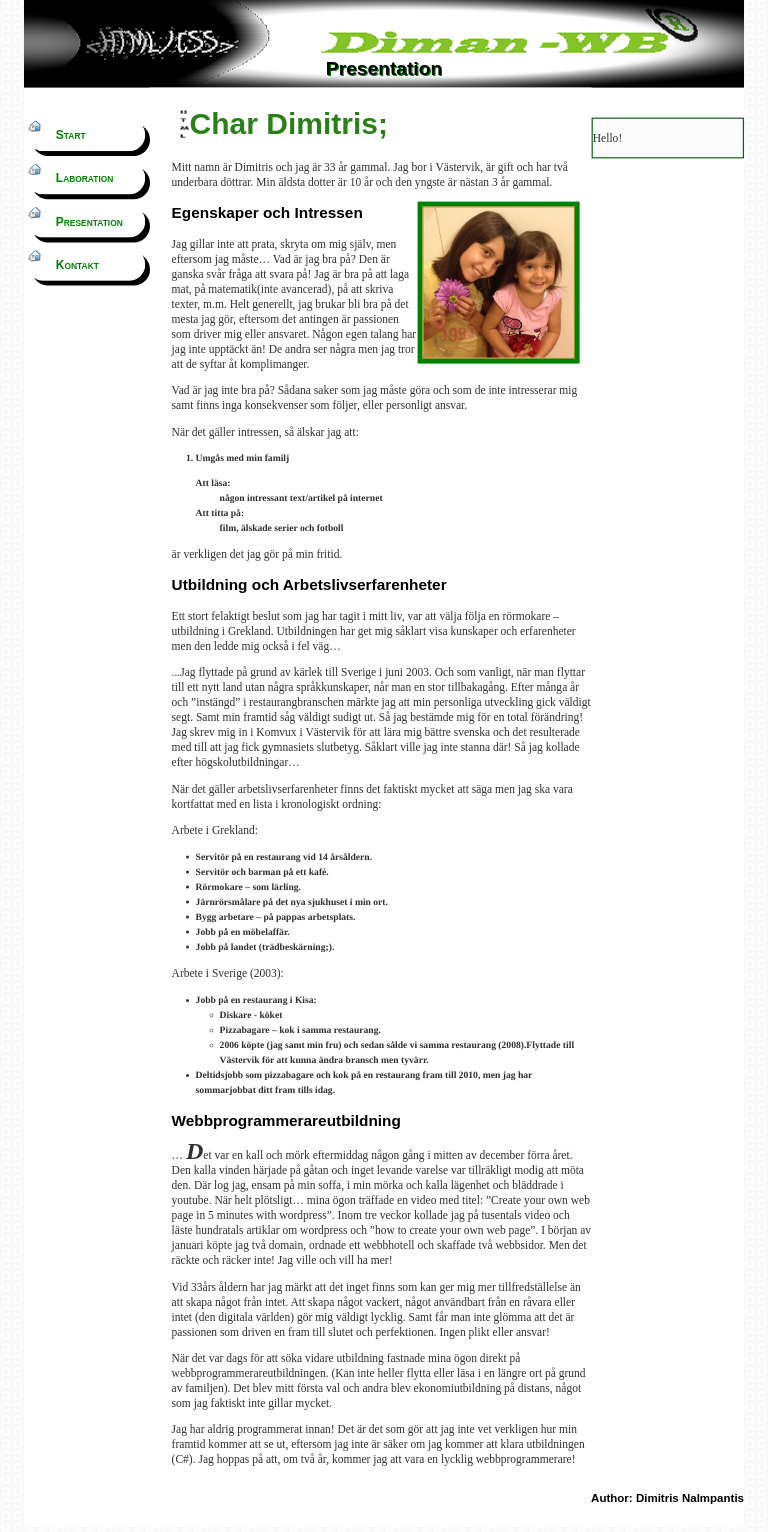
Repository: dn222em/1ik415-laborationer
Page: pages/Presentation.html
The author's editor kept a record of every edit. The page is drawn from the files as they stood at one moment, then again after the next edit.
The browser window is 1280 px wide. The pictures show the whole page, at 60% of full size.
Backgrounds fixed to the window are drawn as part of the page.

Above is the page before.

### pages/Presentation.html
<!doctype html>

<html lang="sv">

    <head>
        <meta charset="utf-8" />
            <title>Presentation</title>
                <link rel="stylesheet" href="../CSS/style.css"/>
    </head>
            <!-- Mitt första HTML-dokument. Det ingår en ordnad lista(ol) som inkluderar en
            definitionslista(dt). Vidare ingår en oordnand lista(ul) med en oordnand lista inom listan.-->
<body>
<div id="container">
	<div id="top">

		<h1 id="title">Presentation</h1>
	</div>
	<div id="navigation">
    <ul class="menu">
		<li><a href="../index.html">Start</a></li>
		<li><a href="../pages/laborationer.html">Laboration</a></li>
		<li><a href="../pages/Presentation.html"id="active">Presentation</a></li>
		<li><a href="../pages/Kontakt.html">Kontakt</a></li>

	</ul>
    </div>

    <div id="content">
        <h1 class="minilogo">Char Dimitris;</h1>

         <p>Mitt namn är Dimitris och jag är 33 år gammal.
        Jag bor i Västervik, är gift och har två underbara döttrar.
        Min äldsta dotter är 10 år och den yngste är nästan 3 år gammal.</p>

        <a id="bild"><img class="right" src="../pics/loveones.jpg" alt="MinaDöttrar" /></a>

    <h3>Egenskaper och Intressen</h3>

        <p>Jag gillar inte att prata, skryta om mig själv, men eftersom jag måste…
        Vad är jag bra på? Den är ganska svår fråga att svara på! Jag är bra på att
        laga mat, på matematik(inte avancerad), på att skriva texter, m.m. Helt
        generellt, jag brukar bli bra på det mesta jag gör, eftersom det antingen
        är passionen som driver mig eller ansvaret. Någon egen talang har jag inte
        upptäckt än! De andra ser några men jag tror att de syftar åt komplimanger. </p>

        <p>Vad är jag inte bra på? Sådana saker som jag måste göra och som de inte
        intresserar mig samt finns inga konsekvenser som följer, eller personligt ansvar.</p>

        <p>När det gäller intressen, så älskar jag att:</p >
            <ol>
                    <li>Umgås med min familj
                        <dl>
                                <dt>Att läsa:</dt>
                                    <dd>någon intressant text/artikel på internet</dd>
                                <dt>Att titta på:</dt>
                                    <dd>film, älskade serier och fotboll</dd>
                        </dl>
                    </li>

            </ol>
        <p>är verkligen det jag gör på min fritid.</p>

    <h3>Utbildning och Arbetslivserfarenheter</h3>

        <p>Ett stort felaktigt beslut som jag har tagit i mitt liv, var att välja
        följa en rörmokare – utbildning i Grekland. Utbildningen har get mig såklart
        visa kunskaper och erfarenheter men den ledde mig också i fel väg…</p>

        <p>...Jag flyttade på grund av kärlek till Sverige i juni 2003. Och som
        vanligt, när man flyttar till ett nytt land utan några språkkunskaper,
        når man en stor tillbakagång. Efter många år och ”instängd” i
        restaurangbranschen märkte jag att min personliga utveckling gick
        väldigt segt. Samt min framtid såg väldigt sudigt ut. Så jag bestämde mig för
        en total förändring! Jag skrev mig in i Komvux i Västervik för att lära mig
        bättre svenska och det resulterade med till att jag fick gymnasiets slutbetyg.
        Såklart ville jag inte stanna där! Så jag kollade efter högskolutbildningar…</p>

        <p>När det gäller arbetslivserfarenheter finns det faktiskt mycket
        att säga men jag ska vara kortfattat med en lista i kronologiskt ordning:</p>

        <p>Arbete i Grekland:</p>
            <ul>
                <li>Servitör på en restaurang vid 14 årsåldern.</li>
                <li>Servitör och barman på ett kafé.</li>
                <li>Rörmokare – som lärling.</li>
                <li>Järnrörsmålare på det nya sjukhuset i min ort.</li>
                <li>Bygg arbetare – på pappas arbetsplats.</li>
                <li>Jobb på en möbelaffär.</li>
                <li>Jobb på landet (trädbeskärning;).</li>
            </ul>
        <p>Arbete i Sverige (2003):</p>
          <ul>
              <li>Jobb på en restaurang i Kisa:
                      <ul>
                        <li>Diskare - köket</li>
                        <li>Pizzabagare – kok i samma restaurang.</li>
                        <li>2006 köpte (jag samt min fru) och sedan sålde vi samma restaurang
                        (2008).Flyttade till Västervik för att kunna ändra bransch men tyvärr.</li>
                      </ul>
                      </li>
              <li>Deltidsjobb som pizzabagare och kok på en restaurang fram till 2010,
              men jag har sommarjobbat ditt fram tills idag.</li>
          </ul>


    <h3>Webbprogrammerareutbildning</h3>

            <p>… <em><code id="special">D</code></em>et var en kall och mörk eftermiddag någon gång i mitten av december
            förra året. Den kalla vinden härjade på gåtan och inget levande varelse var
            tillräkligt modig att möta den. Där log jag, ensam på min soffa, i min
            mörka och kalla lägenhet och bläddrade i youtube. När helt plötsligt… mina
            ögon träffade en video med titel: ”Create your own web page in 5 minutes
            with wordpress”. Inom tre veckor kollade jag på tusentals video och läste
            hundratals artiklar om wordpress och ”how to create your own web page”. I
            början av januari köpte jag två domain, ordnade ett webbhotell och skaffade
            två webbsidor. Men det räckte och räcker inte! Jag ville och vill ha mer!</p>

            <p>Vid 33års åldern har jag märkt att det inget finns som kan ger mig mer
            tillfredställelse än att skapa något från intet. Att skapa något vackert,
            något användbart från en råvara eller intet (den digitala världen) gör mig
            väldigt lycklig. Samt får man inte glömma att det är passionen som driven
            en fram till slutet och perfektionen. Ingen plikt eller ansvar! </p>

            <p>När det var dags för att söka vidare utbildning fastnade mina ögon
            direkt på webbprogrammerareutbildningen. (Kan inte heller flytta eller läsa
            i en längre ort på grund av familjen). Det blev mitt första val och andra
            blev ekonomiutbildning på distans, något som jag faktiskt inte gillar mycket.</p>

            <p>Jag har aldrig programmerat innan! Det är det som gör att jag inte vet
            verkligen hur min framtid kommer att se ut, eftersom jag inte är säker om
            jag kommer att klara utbildningen (C#). Jag hoppas på att, om två år, kommer
            jag att vara en lycklig webbprogrammerare! </p>
    </div>

    <div id="sidebar">
		<p>Hello!</p>
	</div>

    <div id="footer">
    <h6  class="me" >Author: Dimitris Nalmpantis</h6>
    </div>
</div>
</body>

</html>

### CSS/style.css
/*Reset-styleshhet
-----------------------------------------------------------------------------*/
/* http://meyerweb.com/eric/tools/css/reset/
   v2.0 | 20110126
   License: none (public domain)
*/

/*html, body, div, span, applet, object, iframe,
h1, h2, h3, h4, h5, h6, p, blockquote, pre,
a, abbr, acronym, address, big, cite, code,
del, dfn, em, img, ins, kbd, q, s, samp,
small, strike, strong, sub, sup, tt, var,
b, u, i, center,
dl, dt, dd, ol, ul, li,
fieldset, form, label, legend,
table, caption, tbody, tfoot, thead, tr, th, td,
article, aside, canvas, details, embed,
figure, figcaption, footer, header, hgroup,
menu, nav, output, ruby, section, summary,
time, mark, audio, video {
	margin: 0;
	padding: 0;
	border: 0;
	font-size: 100%;
	font: inherit;
	vertical-align: baseline;
}
/* HTML5 display-role reset for older browsers */
/*article, aside, details, figcaption, figure,
footer, header, hgroup, menu, nav, section {
	display: block;
}
body {
	line-height: 1;
}
ol, ul {
	list-style: none;
}
blockquote, q {
	quotes: none;
}
blockquote:before, blockquote:after,
q:before, q:after {
	content: '';
	content: none;
}
table {
	border-collapse: collapse;
	border-spacing: 0;
}
/*End of Reset - stylesheet
--------------------------------------------------------------------*/
/*CSS -Stylesheet
======================================================================================================
-----------------------------------------------------------------------------------------------------------*/


/*Layout
 Using: Two columns floating layout
Total width: 1200px
-----------------------------------------------------------------------------------------------------------*/
/*Container white (#FFFFF)
*Top -  green { #125F1B } --> Title( #2A8018)
*Navigation green
*Content - #FFFFF
*footer-white { #fff }
*Siderbar #fcfcfc (white.gray)

------------------------------------------------------------------*/
#container {
	max-width: 1200px;
	background-color:white;
	margin:0 auto;
	margin-top:-25px;



}

/*Top
-------------------------------------------------------------------*/
#top {

	height: 150px;
	background-color: #125F1B;
	background: url('../pics/logo.png') no-repeat; background-size: 1200px 150px;
	border-radius:00px;

}

#title {
	font-family: "arial", "helvetica", "serif";
	color: black;
	font-size:2em;
	text-shadow: 2px 2px green;
	text-align:center;
	padding-top: 90px;
}

/*Navigation -Menu
-------------------------------------------------------------------*/
#navigation {
	margin-top: 1px;
	width: 210px;	height:auto;
	float: left;
	background-color:#FFF;
	padding:0px;
	padding-top:50px;

}

/*Content
-------------------------------------------------------------------*/
#content {
	background-color: #FFF;
	max-width: 700px;
	margin-bottom: 20px;
	float: left;
	padding:0px;
	padding-left:36px;

}

/*Sidebar
-------------------------------------------------------------------*/
#sidebar {
	background-color: #fcfcfc;
	font-family: "arial", "helvetica", "sans-serif"; color: white;
	border: 2px solid #125F1B;
	margin-top: 50px;
	width: 250px;
	float: right;
	padding:0px;


}

/*Footer
--------------------------------------------------------------------*/
#footer {
	clear:both;
	padding:0px;
	background-color:#fff;
	color:white;
	text-align:right;
	height:60px;
}

/*Menu attributes
------------------------------------------------------*/
.menu {
	float:left;
	font-family: "arial", "helvetica", "serif"; font-variant:small-caps;
	font-size: 20px;
	font-weight:bold;
	margin-top:1px;
	margin-left:0px;
	padding:0px;

}

.menu li {

	list-style-type:none;
	height: 72px; line-height: 48px;
	padding-top:0px;
	padding-left:5px;
	padding-right:0px;
	width: 197px;
	text-decoration:none;
}
.menu li a {
	display:block;
						/*border: solid 3px black;*/
						/*text-align:center;*/
						/*	border: inset yellow thick;*/
	border-radius:58px;
    box-shadow:8px 8px black;
	background-color:white; color:green;
	background-image: url(pics/sprite.png);
	text-indent: 45px;
	background-repeat:no-repeat;
	padding:3px 3px 3px 3px;
}

.menu li a:visited{ color:white; background-color:green;}

.menu li a:hover{ background-color:white;color:green; border: solid 3px #DEBF40;}

.menu li a:focus { background-color:black;	color:green;}

/*adding sprites on menu
----------------------------------------*/
#home { background-position: 13px -55px; background-size: 32px;} /*kom ihåg -första gäller x-led och andra y-led (uppe + och nere -) mellanrum mellan bilderna spelar roll*/
#home:hover { background-position:13px 9px;}

#labor { background-position: 13px -180px; background-size: 32px;}
#labor:hover { background-position: 13px -116px;}

#present { background-position: 13px -310px; background-size: 32px}
#present:hover { background-position: 13px -246px;}

#cont { background-position: 13px -440px; background-size: 32px;}
#cont:hover { background-position: 13px -376px;}


a.active1   {background-color:white !important;
			color:black !important;
			border: solid 3px green;
			border-radius:58px;
		    box-shadow:8px 8px black;
			background-position:13px 9px!important;
}
a.active2   {background-color:white !important;
			color:black !important;
			border: solid 3px green;
			border-radius:58px;
		    box-shadow:8px 8px black;
			background-position: 13px -116px!important;
}
a.active3   {background-color:white !important;
			color:black !important;
			border: solid 3px green;
			border-radius:58px;
		    box-shadow:8px 8px black;
			background-position: 13px -246px!important;
}
a.active4   {background-color:white !important;
			color:black !important;
			border: solid 3px green;
			border-radius:58px;
		    box-shadow:8px 8px black;
			background-position: 13px -376px!important;
}




/*a.active1234{
			background-color:white !important;
			color:black !important;
			border: solid 3px green;
			border-radius:58px;
		    box-shadow:8px 8px black;
}

.active1   {background-position:13px 9px!important;}
.active2   {background-position: 13px -116px!important;}
.active1234 .active3   {background-position: 13px -246px!important;}
.active1234 .active4   {background-position: 13px -376px!important;}*/


/*End menu!
------------------------------------------------------------------------------*/

/*Sprites-Menu
------------------------------------------------------------------*/

/*#menu_pictures {
	float:left;
	margin-top:1px;

}

#menu_pictures a {

	display:block;
	background-image: url(pics/sprite.png);
	background-repeat:no-repeat;
	text-indent: -99999px;
	padding-bottom: 1px;

}

#menu_pictures li  {

	list-style-type:none;
	padding:0px;
	margin:0px;
	width:24px;
	height:24px;
	margin-bottom:10px;
}*/

/*#home { background-position: 15px -66px; background-size: 36px;} /*kom ihåg -första gäller x-led och andra y-led (uppe + och nere -) mellanrum mellan bilderna spelar roll*/
/*#home:hover { background-position:15px 6px;}

#labor { background-position: 15px -208px; background-size: 36px;}
#labor:hover { background-position: 15px -136px;}

#present { background-position: 15px -350px; background-size: 36px}
#present:hover { background-position: 15px -278px;}

#cont { background-position: 15px -496px; background-size: 36px}
#cont:hover { background-position: 15px -424px;}*/

/*-48px -0, -144 -96px,  -240px -192px, -332px -284,*/

/*End sprite-menu
---------------------------------------------------------------------*/


/*Typografi
---------------------------------------------------------------------------------------------------------*/
/*Links
-------------------------------*/
a:link {color:green; text-decoration:none;}
a:visited {color:#CB29D5;} /*lila*/
a:hover{color:red;}
a:focus {color:blue;}
a:active{color:#29D17;} /*light-green*/

/*Headers
------------------------------*/
													/*body {font-family :"times", "georgia", "serif", "Lucida Sans Unicode", "Lucida Grande";
														line-height: 25px; color: #312F2F; font-size: 1.1em; width:674px;} ---->onödigt.Problem*/

h1, h2, h3, h4, h5, h6 {font-family: "arial", "tahoma", "helvetica", "san serif", "verdana";
font-weight:bold; color: #2A8018; line-height: 1.8em;  font-size: 1.8em;} /*tema-green*/

h2 {line-height: 28px;  font-size: 28px;}
h3 {line-height: 26px;  color:  black; font-size: 1.6em;}
h4 {line-height: 25px;  color:  black; font-size: 1.4em;}
h5 {line-height: 25px;  color:  black; font-size: 1.3em; text-transform:uppercase;}
h6 {line-height: 25px;  color:  black; font-size: 1.2em; font-weight:none;}

/*Body
-----------------------------*/
p {font-family : "Times New Roman", "times", "georgia", "serif", "Lucida Sans Unicode", "Lucida Grande";
			line-height: 25px; color: #312F2F; font-size: 1.2em; 	} /*grey-black*/

#content ol, ul{font-family: "arial", "tahoma", "helvetica", "san serif", "verdana";
			line-height: 25px; color: #4829D1; font-size: 1em;}

#content li, dl, dt, dd  {font-family :"times", "georgia", "serif", "Lucida Sans Unicode", "Lucida Grande";
			line-height: 25px; color: #312F2F; font-size: 1em; font-weight:bold;}



/*Media
------------------------------*/
img { max-width:700px;}

video {max-width:700px;}


/*Form -  Contakt.
--------------------------------*/
.contakt_form {max-width:705px;
		padding-top:40px;
		line-height:2em;
		font-size: 1.3em;

}

.contakt_form label { text-align:right;}

.contakt_form input {background-color: #FFF0F0; font-size: 0.7em; margin-bottom:20px;}

.contakt_form option {width:80px; }

.contakt_form textarea {background-color: #FFF0F0; font-size: 0.9em; float:right; resize:vertical; }

.zozo {background-color: rgb(240, 240, 240);
	height: 40px; line-height: 40px;
	text-align:center;
	margin-top:10px;
	border-radius:10%;
	font-size:0.8em;
	box-shadow:8px 8px black;

}


/*Speciall typografi- classes
-----------------------------*/
#special {font-family:"sans-serif"; font-size: 40px; font-weight:bold;}

#ps {text-align:right; font-family:"arial", "tahoma", "helvetica", "san serif", "verdana";
			font-size: 0.8em; }


/*Speciall media - classes
-----------------------------*/
.sociall {width: 350px; height: 250px;
		  background-image: url("pics/social-networks.jpg");
		  background-repeat:no-repeat;
		  background-size: 350px; float: right;
		  border:solid 8px green;
}

#bild  {width: auto; height: auto;
		float: right;
		border:solid 8px green;
		margin-right:20px;
		max-width:100%;
		max-height:auto;
}

.minilogo { background-image:url("pics/minilogob.jpg"); /*minilogo på första titeln*/
			background-repeat: no-repeat;/* repeat, repeat-x, repeat-y */
			background-position: top left; /* right, bottom, center ... */
			background-size: 40px 50px;
			text-indent: 30px;
			font-size: 50px;
			line-height:53px;
}

.ram {border-style:double; background-color: rgb(194, 187, 187);
			margin:20px; border-width:8px; padding:20px; }

	.ram h3 {border-bottom:  3px solid black; padding:5px;}

		.right{width: 250px; height: 250px;
			 	float: right;
					border:solid 2px olive;}



/*Speciall tabeller- classes
------------------------------*/

.tables {border:3px solid green; font-size:1.3em; line-height:50px; text-align:center;}

.tables, td {border:solid 2px black ; width: 600px; height:auto;}


.single{border:3px solid green;background-color: /*rgb(150, 224, 150)*/ green;color:white;}

.doubbel{ border:solid 3px green; background-color:/*rgb(240, 240, 240)*/ white;
	color: green;}




/* Print properties. sv- Skrivare
------------------------------------------------------------------------------------------------------*/

@media print{

    /*Layout
    ------------------------*/

#top {display:none;}

#navigation {display:none;}

#sidebar {display:none;}

#footer {display:none;}

#content {border:0; border-style:none; background-color:white;}

#content a:after {
    content: "("attr(href)")";} /*visar hela länken vid utskrift*/

.me {font-family: "arial", "tahoma", "helvetica", "san serif", "verdana";
        font-weight:bold; color: #2A8018; line-height: 1.5em;  font-size: 1.3em;
            float:right;}


/*End Layout
-----------------------------------------------*/


    /*Media
    -----------------------*/
video {display:none;}
img {border:0;}

/*End Media
----------------------------------------------*/



    /*Typografi
    -----------------------*/

h1, h2, h3, h4, h5, h6 {font-family: "arial", "tahoma", "helvetica", "san serif", "verdana";
        font-weight:bold; color: #2A8018; line-height: 1.5em;  font-size: 1.3em;}

p {font-family : "Times New Roman", "times", "georgia", "serif", "Lucida Sans Unicode", "Lucida Grande";
			line-height: 1.5em; color: #312F2F; font-size: 1.1em;} /*grey-black*/

#content ol, ul{font-family: "arial", "tahoma", "helvetica", "san serif", "verdana";
			line-height: 25px; color: #4829D1; font-size: 1em;}

#content li, dl, dt  {font-family :"times", "georgia", "serif", "Lucida Sans Unicode", "Lucida Grande";
			line-height: 1.5em; color: #312F2F; font-size: 1em;}

/*End Typografi
--------------------------------------------*/



	/*Speciall media - classes
    --------------------------*/
.sociall {border:none;}

#bild  {border:none;}

.ram {border-style:none; background-color: none;  }

.ram h3 {border:none;}

.right{ border:none;}

/*End speciall
---------------------------------------------*/


}    /*End Print
====================================================================================================*/




body {
	background: url(pics/connect.png) center center fixed;
	/*float:top left;
	-webkit-background-size: cover;
	-moz-background-size: contain;
	-o-background-size: cover;
	background-size: 100% 100%;
	filter: progid:DXImageTransform.Microsoft.AlphaImageLoader(src='.myBackground.jpg', sizingMethod='scale');
	-ms-filter: "progid:DXImageTransform.Microsoft.AlphaImageLoader(src='myBackground.jpg', sizingMethod='scale')";*/

	/*-moz-background-transform: scale(2);*/

}

After the next edit:
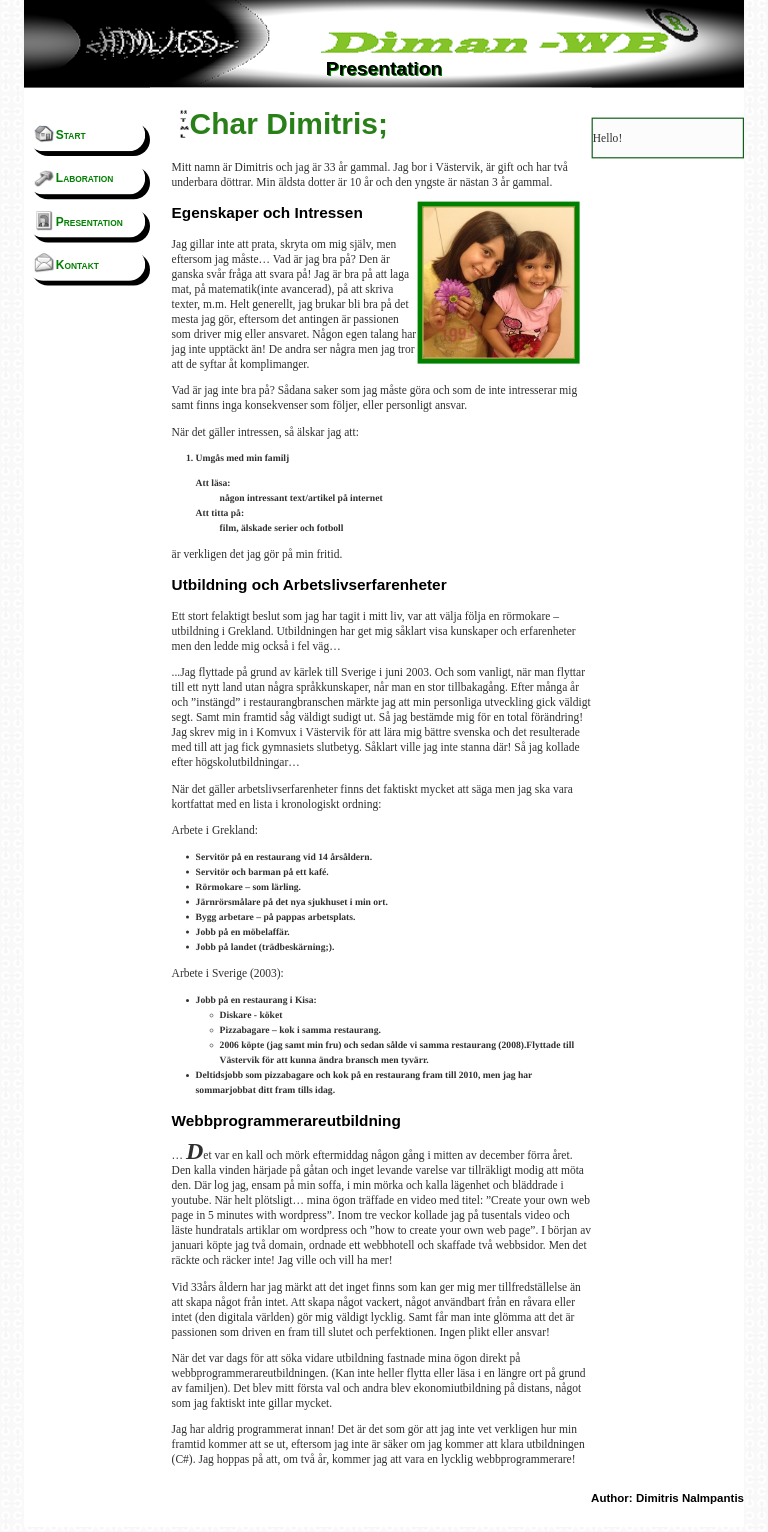
The edit:
--- a/pages/Presentation.html
+++ b/pages/Presentation.html
@@ -17,10 +17,10 @@
 	</div>
 	<div id="navigation">
     <ul class="menu">
-		<li><a href="../index.html">Start</a></li>
-		<li><a href="../pages/laborationer.html">Laboration</a></li>
-		<li><a href="../pages/Presentation.html"id="active">Presentation</a></li>
-		<li><a href="../pages/Kontakt.html">Kontakt</a></li>
+		<li><a id ="home" href="../index.html">Start</a></li>
+		<li><a id ="labor" href="../pages/laborationer.html">Laboration</a></li>
+		<li><a id ="present" href="../pages/Presentation.html"id="active">Presentation</a></li>
+		<li><a id ="cont" href="../pages/Kontakt.html">Kontakt</a></li>
 
 	</ul>
     </div>
